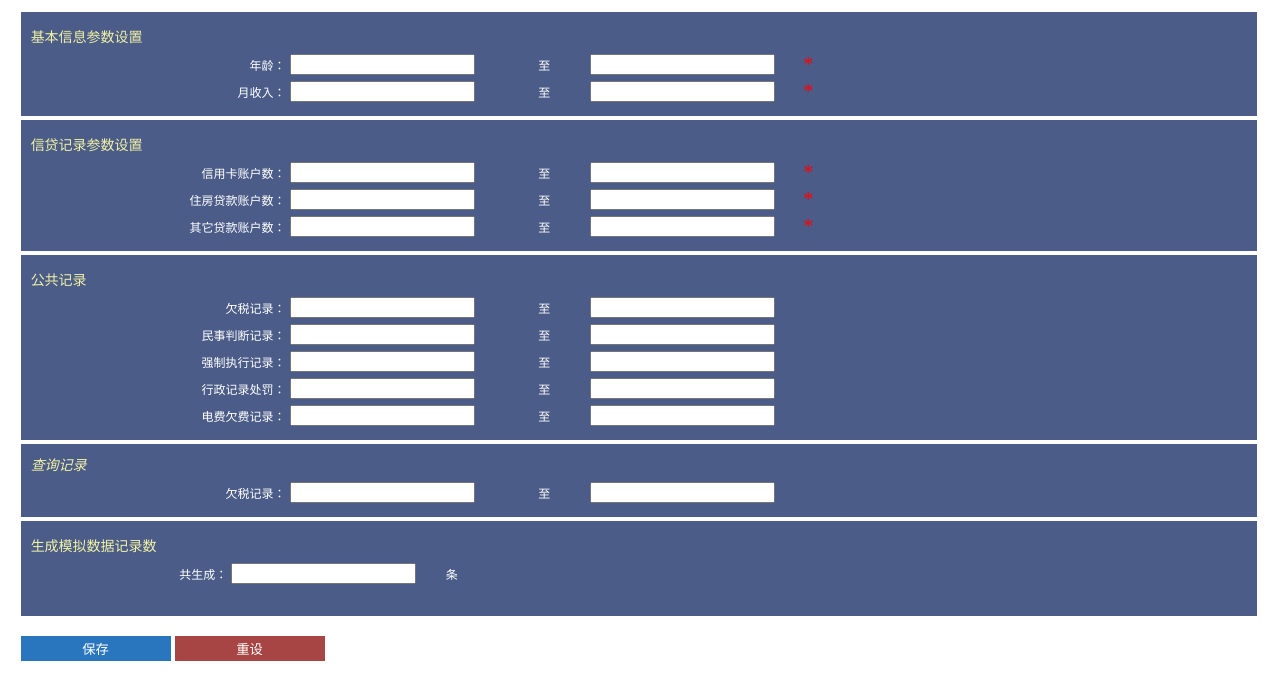
Repository: trieyouth/BigData
Page: http://localhost/BigData/WEB-INF/views/client-credit-analyse-system/data-collect/dataInput.jsp
The author's editor kept a copy of each file at every save. The page is drawn from the files as they stood at one save, then again after the next save.
The browser window is 1280 px wide. The pictures show the whole page.
The page is served by Tomcat 9. Nobody is signed in. Other server files are loaded and not shown. The template is opened directly, without the code that normally fills it, so the values that code supplies are empty.

Above is the page before, as saved 2016-03-06 16:40:15.

### BigData/WebRoot/WEB-INF/views/client-credit-analyse-system/data-collect/dataInput.jsp
<%@ page language="java" import="java.util.*" pageEncoding="UTF-8"%>
<%@taglib prefix="c" uri="http://java.sun.com/jsp/jstl/core" %>
<%
String path = request.getContextPath();
String basePath = request.getScheme()+"://"+request.getServerName()+":"+request.getServerPort()+path+"/";
%>

<!DOCTYPE HTML PUBLIC "-//W3C//DTD HTML 4.01 Transitional//EN">
<html>
  <head>
    <base href="<%=basePath%>">

    <title>数据录入 </title>


	<meta http-equiv="pragma" content="no-cache">
	<meta http-equiv="cache-control" content="no-cache">
	<meta http-equiv="expires" content="0">
	<meta http-equiv="keywords" content="keyword1,keyword2,keyword3">
	<meta http-equiv="description" content="This is my page">
     <link href="<c:url value="/css/mycss.css"/>" rel="stylesheet" type="text/css">

  </head>

  <body>
<div style="height:4px; width:100%;"></div>
<form name="frm" method="POST" action="<c:url value="/ccas/index/dataCollect/generateData"/>">

  <!--基本参数设置区域-->

  <div id="lightcolor">
    <div style="height:4px; width:100%;"></div>
    <label  id="labelhead">基本信息参数设置</label>
    <div style="height:4px; width:100%;"></div>
    <table frame="void" width = "70%" height="25" >
      <tr>
        <td width="30%"  height="25"  style="text-align:right" ><label id="labelbody" > 年龄： </label></td>
        <td width="25%"  height="25"  ><label id="labelbody" >
            <input  type="text" id="inputwidth" name="minAge" >
          </label></td>
        <!--那么属性为参数名-->
        <td width="10%"  height="25"  style="text-align:center"  ><label id="labelbody" > 至 </label></td>
        <td width="25%"  height="25"  ><label id="labelbody" >
            <input  type="text" id="inputwidth" name="maxAge" >
          </label></td>
        <td width="10%"  height="25" ><label id="labelbody1" >* </label></td>
      </tr>
      <tr>
        <td width="30%"  height="25"  style="text-align:right" ><label id="labelbody" > 月收入： </label></td>
        <td width="25%"  height="25"  ><label id="labelbody" >
            <input  type="text" id="inputwidth" name="minMonthlyIncome" >
          </label></td>
        <td width="10%"  height="25"  style="text-align:center"  ><label id="labelbody" > 至 </label></td>
        <td width="25%"  height="25"  ><label id="labelbody" >
            <input  type="text" id="inputwidth" name="maxMonthlyIncome" >
          </label></td>
        <td width="10%"  height="25" ><label id="labelbody1" >*</label></td>
      </tr>

    </table>
  </div>

  <!--开始下一个参数组-->
  <div style="height:4px; width:100%;"></div>
  <div id="lightcolor">
    <div style="height:4px; width:100%;"></div>
    <label  id="labelhead">信贷记录参数设置</label>
    <div style="height:4px; width:100%;"></div>
    <table frame="void" width = "70%" height="25" >
      <tr>
        <td width="30%"  height="25"  style="text-align:right" ><label id="labelbody" > 信用卡账户数： </label></td>
        <td width="25%"  height="25"  ><label id="labelbody" >
            <input  type="text" id="inputwidth" name="minCreditNum" >
          </label></td>
        <td width="10%"  height="25"  style="text-align:center"  ><label id="labelbody" > 至 </label></td>
        <td width="25%"  height="25"  ><label id="labelbody" >
            <input  type="text" id="inputwidth" name="maxCreditNum" >
          </label></td>
        <td width="10%"  height="25"  ><label id="labelbody1" >* </label></td>
      </tr>
      <tr>
        <td width="30%"  height="25"  style="text-align:right" ><label id="labelbody" > 住房贷款账户数：</label></td>
        <td width="25%"  height="25"  ><label id="labelbody" >
            <input  type="text" id="inputwidth" name="minHouseLoan" >
          </label></td>
        <td width="10%"  height="25"  style="text-align:center"  ><label id="labelbody" > 至 </label></td>
        <td width="25%"  height="25"  ><label id="labelbody" >
            <input  type="text" id="inputwidth" name="maxHouseLoan" >
          </label></td>
        <td width="10%"  height="25"  ><label id="labelbody1" >* </label></td>
      </tr>
      <tr>
        <td width="30%"  height="25"  style="text-align:right" ><label id="labelbody" >其它贷款账户数：</label></td>
        <td width="25%"  height="25"  ><label id="labelbody" >
            <input  type="text" id="inputwidth" name="minOwingTaxes" >
          </label></td>
        <td width="10%"  height="25"  style="text-align:center"  ><label id="labelbody" > 至 </label></td>
        <td width="25%"  height="25"  ><label id="labelbody" >
            <input  type="text" id="inputwidth" name="maxOwingTaxes" >
          </label></td>
        <td width="10%"  height="25"  ><label id="labelbody1" >* </label></td>
      </tr>
    </table>
  </div>

  <!--开始下一个参数组-->
  <div style="height:4px; width:100%;"></div>
  <div id="lightcolor">
    <div style="height:4px; width:100%;"></div>
    <label  id="labelhead">公共记录</label>
    <div style="height:4px; width:100%;"></div>
    <table frame="void" width = "70%" height="25" >
      <tr>
        <td width="30%"  height="25"  style="text-align:right" ><label id="labelbody" > 欠税记录： </label></td>
        <td width="25%"  height="25"  ><label id="labelbody" >
            <input  type="text" id="inputwidth" name="minOwingTaxes" >
          </label></td>
        <td width="10%"  height="25"  style="text-align:center"  ><label id="labelbody" > 至 </label></td>
        <td width="25%"  height="25"  ><label id="labelbody" >
            <input  type="text" id="inputwidth" name="maxOwingTaxes" >
          </label></td>
         <td width="10%"  height="25"  style="text-align:center"  ><label id="labelbody" > </label></td>
         </tr>
      <tr>
        <td width="30%"  height="25"  style="text-align:right" ><label id="labelbody" > 民事判断记录： </label></td>
        <td width="25%"  height="25"  ><label id="labelbody" >
            <input  type="text" id="inputwidth" name="minCivilJudgmentRecord" >
          </label></td>
        <td width="10%"  height="25"  style="text-align:center"  ><label id="labelbody" > 至 </label></td>
        <td width="25%"  height="25"  ><label id="labelbody" >
            <input  type="text" id="inputwidth" name="maxCivilJudgmentRecord" >
          </label></td>
        <td width="10%"  height="25"  style="text-align:center"  ></td>
      </tr>
      <tr>
        <td width="30%"  height="25"  style="text-align:right" ><label id="labelbody" > 强制执行记录： </label></td>
        <td width="25%"  height="25"  ><label id="labelbody" >
            <input  type="text" id="inputwidth" name="minEnforcement" >
          </label></td>
        <td width="10%"  height="25"  style="text-align:center"  ><label id="labelbody" > 至 </label></td>
        <td width="25%"  height="25"  ><label id="labelbody" >
            <input  type="text" id="inputwidth" name="maxEnforcement" >
          </label></td>
         <td width="10%"  height="25"  style="text-align:center"  ></td>
      </tr>
      <tr>
        <td width="30%"  height="25"  style="text-align:right" ><label id="labelbody" > 行政记录处罚： </label></td>
        <td width="25%"  height="25"  ><label id="labelbody" >
            <input  type="text" id="inputwidth" name="minAdministrativerPunishment" >
          </label></td>
        <td width="10%"  height="25"  style="text-align:center"  ><label id="labelbody" > 至 </label></td>
        <td width="25%"  height="25"  ><label id="labelbody" >
            <input  type="text" id="inputwidth" name="maxAdministrativerPunishment" >
          </label></td>
         <td width="10%"  height="25"  style="text-align:center"  ><label id="labelbody" > </label></td>
      </tr>
      <tr>
        <td width="30%"  height="25"  style="text-align:right" ><label id="labelbody" > 电费欠费记录： </label></td>
        <td width="25%"  height="25"  ><label id="labelbody" >
            <input  type="text" id="inputwidth" name="minElectricityArrears" >
          </label></td>
        <td width="10%"  height="25"  style="text-align:center"  ><label id="labelbody" > 至 </label></td>
        <td width="25%"  height="25"  ><label id="labelbody" >
            <input  type="text" id="inputwidth" name="maxmElectricityArrears" >
          </label></td>
         <td width="10%"  height="25"  style="text-align:center"  ><label id="labelbody" > </label></td>
      </tr>
    </table>
  </div>

    <i><div style="height:4px; width:100%;"></div>
    <div id="lightcolor">
    <label id="labelhead">查询记录</label>
    <div style="height:4px; width:100%;"></div>
    <table frame="void" width="70%" height="25">
      <tr>
        <td width="30%" height="25" style="text-align:right"><label id="labelbody">欠税记录： </label></td>
        <td width="25%" height="25"><label id="labelbody">
            <input type="text" id="inputwidth" name="minSelectOwingTaxes"></label></td>
        <td width="10%" height="25" style="text-align:center"><label id="labelbody"> 至 </label></td>
        <td width="25%" height="25"><label id="labelbody">
            <input type="text" id="inputwidth" name="maxSelectOwingTaxes"> </label></td>
         <td width="10%" height="25" style="text-align:center"><label id="labelbody"> </label></td>
      </tr>
    </table>
  </div></i>

  <!--开始下一个参数组-->
  <div style="height:4px; width:100%;"></div>
  <div id="lightcolor">
    <div style="height:4px; width:100%;"></div>
    <label  id="labelhead">生成模拟数据记录数</label>
    <div style="height:4px; width:100%;"></div>
    <table frame="void" width = "70%" height="25" >
      <tr>
        <td width="23%"  height="25"  style="text-align:right" ><label id="labelbody" > 共生成： </label></td>
        <td width="25%"  height="25"  ><label id="labelbody" >
            <input  type="text" id="inputwidth" name="generateRecordNum" ></label></td>
        <td width="52%"  height="25"    ><label id="labelbody" style="text-align:left"> 条</label></td>
      </tr>
    </table><br>
  </div>

  <div style="height:20px; width:100%;">${OperateStatus }</div>
  <!--选择按钮功能-->
  <div id="buttoncon">
    <button  id="button1style" type="submit" onclick="ClickGenerateData()" >保存</button>
    <!--点击此按钮后台获得参数-->
    <button  type="Reset" id="button2style">重设</button>

    <!-- <button  type="Reset" id="button2style">设置生成字段</button> -->
  </div>
</form>
  </body>
</html>

### BigData/WebRoot/WEB-INF/resources/css/mycss.css
@charset "utf-8";
/* CSS Document */

#continaer{
	margin: 0px auto;
	width:80%;
	height:750px;
	//min-height:700px;
	background-color:rgb(18,24,48);
	padding:10px;
	border:0;
	}
#header{
	height:20%;
	width:100%;
	margin:0 auto;
	padding:0;
	border:0;
	background-color:rgb(76,93,137);}
    hr{ margin-top:0;
	margin-bottom:0;}

#bod{
	height:80%;
	width:100%;
	margin-top:0%;
	padding:0;
	background-color:rgb(76,93,137);
	}
#leftbody{
	margin:0;
	padding:0;
	border:0;
	width:20%;
	height:100%;
	background-color:rgb(18,24,48);
	float:left;
	}
#rightbody{
	margin:0;
	padding:0;
	border:0;
	width:80%;
	height:100%;
	background-color:rgb(49,69,120);
	float:left;}
#navhead{
	width:100%;
	height:50px;
	border:0;
	margin:0;
	padding:0;
	background:rgb(49,69,120);}

#hrc{
	margin-top:0;}
.nav ul {
	width:100%;
	height: 50px;
	padding: 0;
	margin-top:0;
}
.nav ul li {
	float: left;
	list-style: none;
}
.nav ul li a {
	width: 145px;
	height: 41px;
	line-height: 41px;
	background: rgb(49,69,120);
	color: #000;
	font-size: 14px;
	display: block;
	text-align: center;
	text-decoration: none;
	font-size: 16px;
	font-family:Microsoft YaHei;
	color:#FFF;
}
.nav ul li a:hover {
	width: 145px;
	height: 41px;
	line-height: 41px;
	border: 1px solid rgb(49,69,120);
	color: #000;
}

.meau ul {
	width: 100%;
	padding: 0;
	margin-top: 0;
}
.meau ul li {
	list-style: none;
}
.meau ul li a {
	width: 100%;
	height: 41px;
	line-height: 41px;
	background: rgb(28,40,82);
	color: #000;
	font-size: 14px;
	display: block;
	text-align: center;
	text-decoration: none;
	font-size: 16px;
	font-family: Microsoft YaHei;
	color: #FFF;
}
.meau ul li a:hover {
	width: 100%;
	height: 41px;
	line-height: 41px;
	border: 1px solid rgb(49,69,120);
	color: #FFF;
	background-color: rgb(18,24,48);
}
#lightcolor {
	width: 97%;
	margin-left:1%;
	background-color: #4B5C88;
	border:0;
	padding-top: 10px;
	padding-bottom: 10px;
	padding-left: 10px;
}

#lighttable {
	width: 96%;

	padding-left:10px;
	margin-left:1%;
	background-color: #4B5C88;
	border:0;
}


#buttoncon{
	width: 97%;
	margin-left:1%;
	padding:0;
	border:0;
}
#labelhead {
	color: #F1F1A4;
	font-size: 14px;
	font-family: Microsoft YaHei;
}
#labelbody {
	color: #FFF;
	font-size: 12px;
	font-family: Microsoft YaHei;
}

the style of input(text)
#inputwidth {
	width: 150px;
	height: 24px;
	background: Transparent;
	border: 1px solid #788587;
}
.cell{
	border-right:#7785A8 solid 1px;
	}

/* the style of * */
#labelbody1 {
	color: red;
	font-size: 20px;
	font-family: Microsoft YaHei;
}

/* the style of button */
#button1style{
	width:150px ;
	height:25px;
	background:#2976BE;
	border:0;
	color:#FFF;
	font-family: Microsoft YaHei;
}

/* the style of button */
#button2style{
    width: 150px;
	height: 25px;
	background: #A74544;
	border: 0;
	color: #FFF;
	font-family: Microsoft YaHei;
}

/* the style of button */
#button3style{
    width:150px ;
    height:25px;
    background:#4F8553;
    border:0;
    color:#FFF;
    font-family: Microsoft YaHei;
}

After the next save:
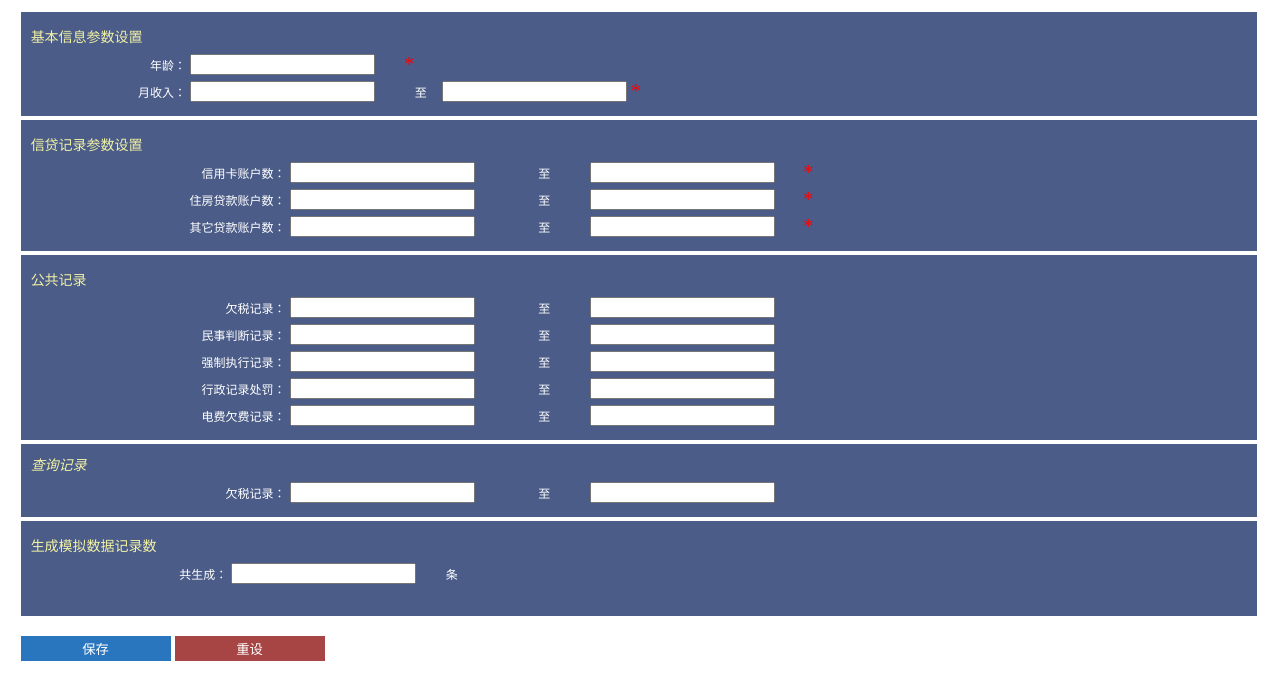
Saved 3 min 28 s later.
--- a/BigData/WebRoot/WEB-INF/views/client-credit-analyse-system/data-collect/dataInput.jsp
+++ b/BigData/WebRoot/WEB-INF/views/client-credit-analyse-system/data-collect/dataInput.jsp
@@ -32,17 +32,11 @@ String basePath = request.getScheme()+"://"+request.getServerName()+":"+request.
     <div style="height:4px; width:100%;"></div>
     <label  id="labelhead">基本信息参数设置</label>
     <div style="height:4px; width:100%;"></div>
-    <table frame="void" width = "70%" height="25" >
-      <tr>
-        <td width="30%"  height="25"  style="text-align:right" ><label id="labelbody" > 年龄： </label></td>
-        <td width="25%"  height="25"  ><label id="labelbody" >
-            <input  type="text" id="inputwidth" name="minAge" >
-          </label></td>
-        <!--那么属性为参数名-->
-        <td width="10%"  height="25"  style="text-align:center"  ><label id="labelbody" > 至 </label></td>
-        <td width="25%"  height="25"  ><label id="labelbody" >
-            <input  type="text" id="inputwidth" name="maxAge" >
-          </label></td>
+    <table frame="void" width = "50%" height="25" >
+      <tr>
+        <td width="50%"  height="25"  style="text-align:right" ><label id="labelbody" > 年龄： </label></td>
+        <td width="40%"  height="25"  ><label id="labelbody" >
+            <input  type="text" id="inputwidth" name="maxAge" ></label></td>
         <td width="10%"  height="25" ><label id="labelbody1" >* </label></td>
       </tr>
       <tr>
